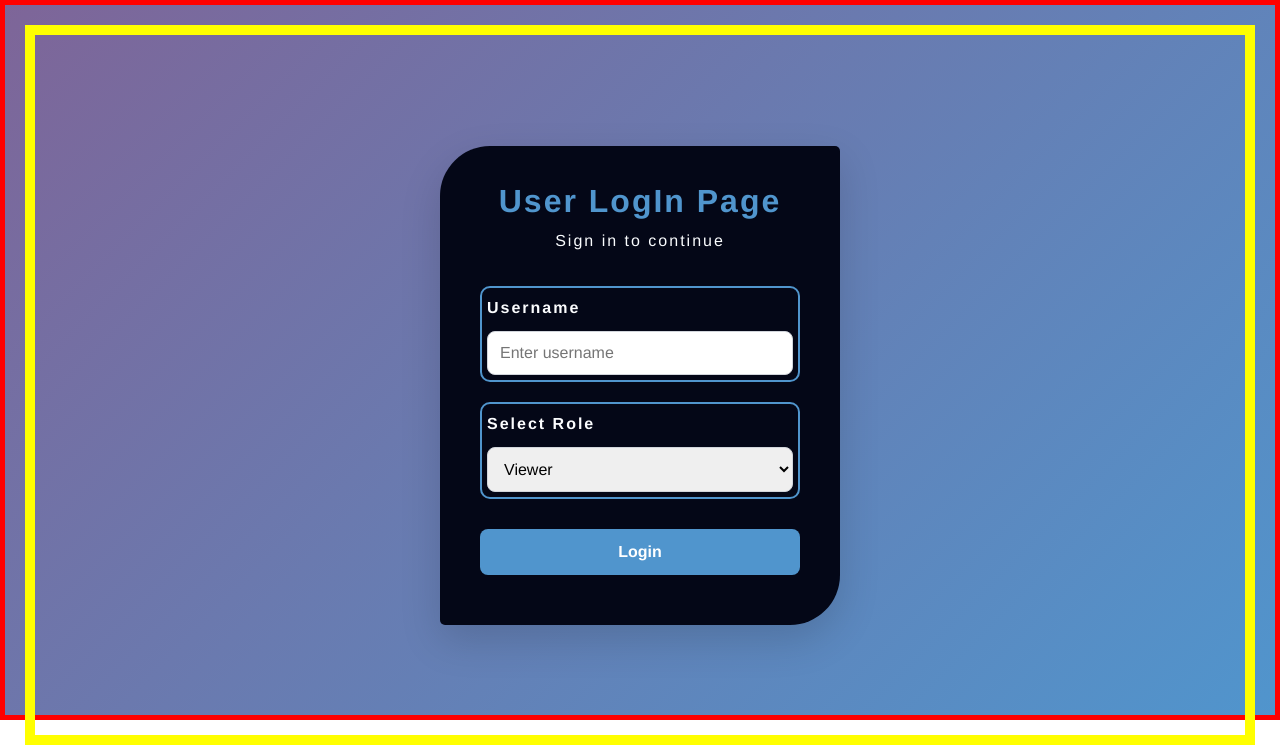
Repository: SolomonChinonso/myUserDashboard
Page: / (app in my-user-dashboard-app/)
These files come from the project's save history. The page is drawn as it stood at one moment and after the next save; the edit follows.
The browser window is 1280 px wide. The pictures show the whole page.
The project was rebuilt for these pictures with package versions that can differ from the ones it lists, and the page was loaded fresh each time. Also part of the build but not shown: my-user-dashboard-app/vite.config.ts, my-user-dashboard-app/src/App.css, my-user-dashboard-app/src/pages/global.css, my-user-dashboard-app/src/pages/Dashboard.tsx, my-user-dashboard-app/src/pages/Profile.tsx, my-user-dashboard-app/src/pages/Settings.tsx, my-user-dashboard-app/src/components/Navbar.tsx, my-user-dashboard-app/src/components/ProtectedRoute.tsx.

Above is the page before, as saved 2026-05-31 14:41:30.

After the next save:
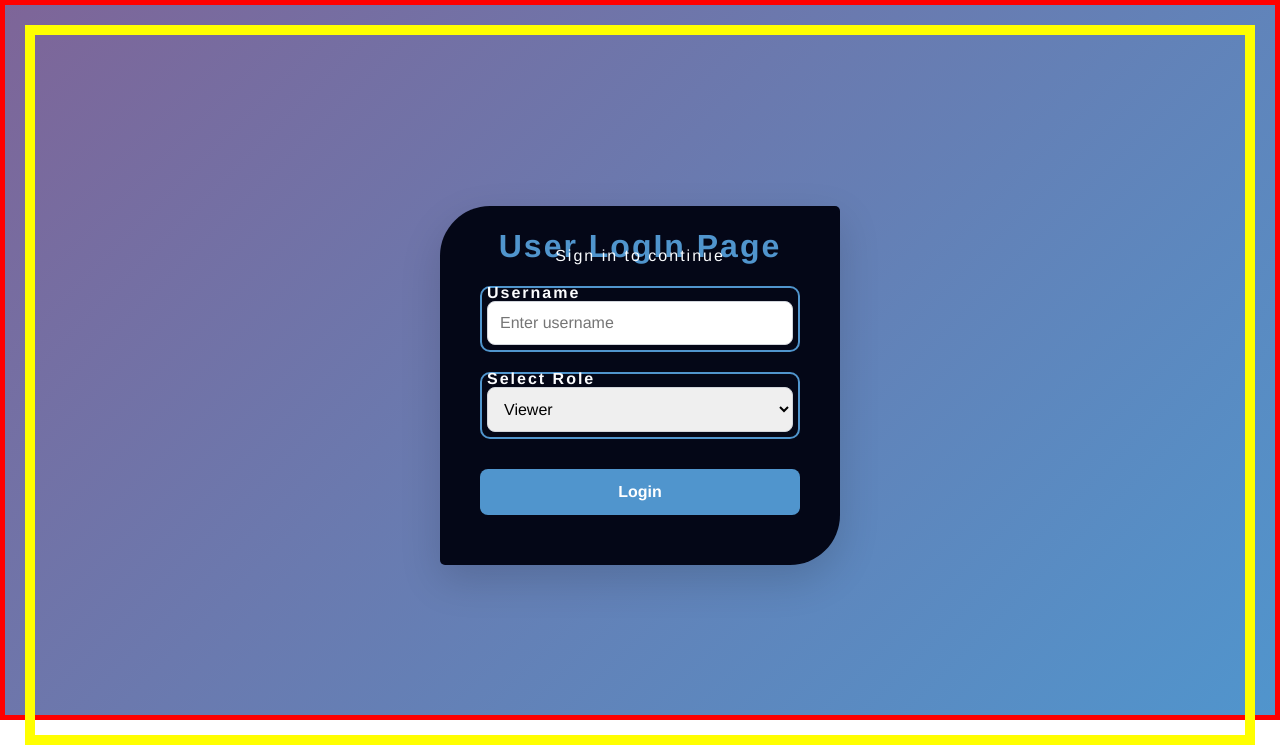
Saved 32 s later.
--- a/my-user-dashboard-app/src/pages/Login.css
+++ b/my-user-dashboard-app/src/pages/Login.css
@@ -24,7 +24,7 @@
   align-items: center;
   box-shadow: 0 15px 40px
     rgba(0, 0, 0, 0.15);
-  line-height: 30px;
+  line-height: 0px;
   text-align: center;
 }
 

After the save that followed:
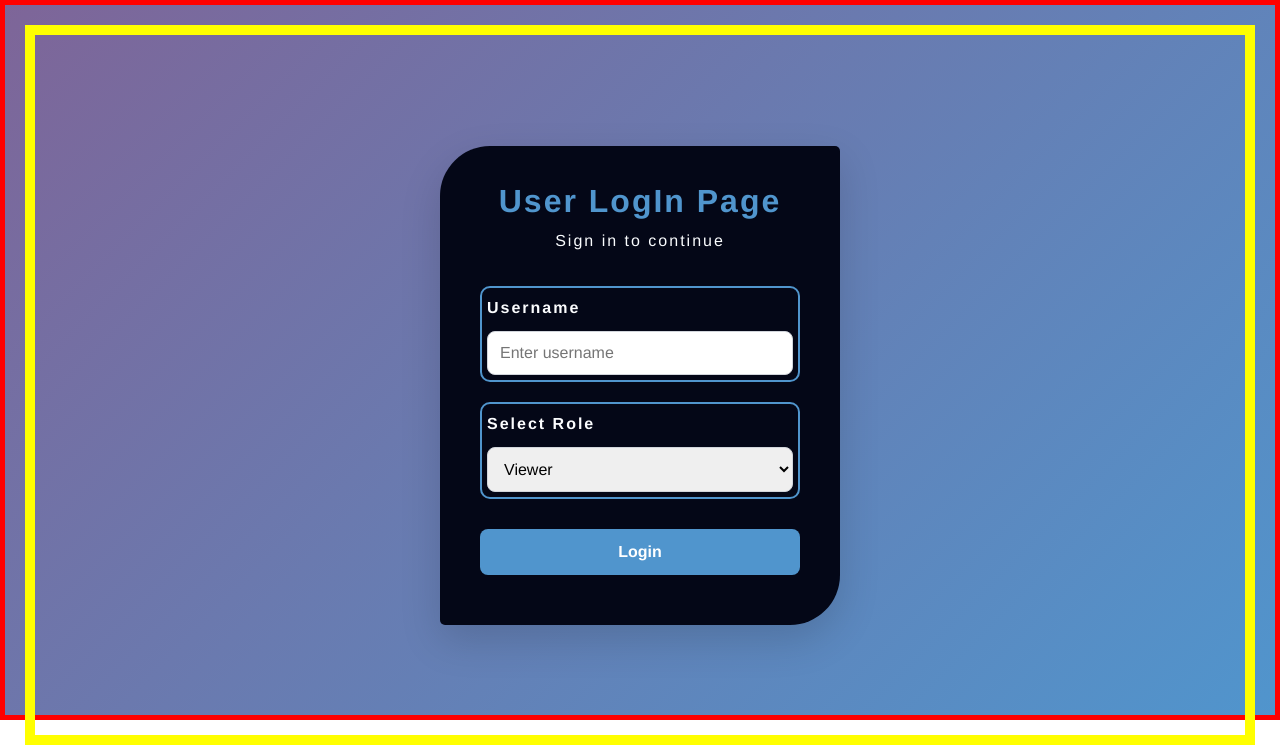
Saved 6 s later.
--- a/my-user-dashboard-app/src/pages/Login.css
+++ b/my-user-dashboard-app/src/pages/Login.css
@@ -24,7 +24,7 @@
   align-items: center;
   box-shadow: 0 15px 40px
     rgba(0, 0, 0, 0.15);
-  line-height: 0px;
+  line-height: 30px;
   text-align: center;
 }
 
